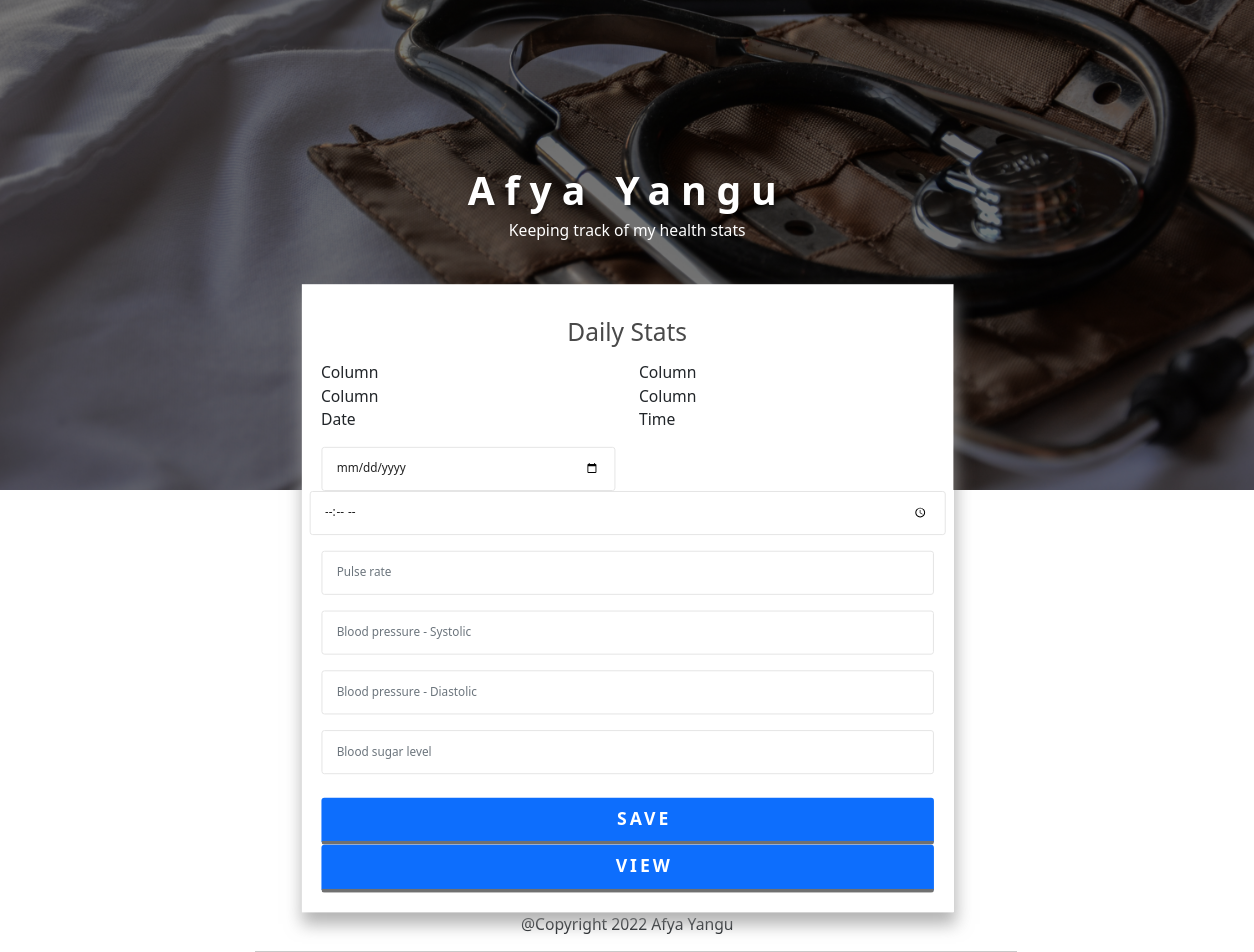
Repository: nashthecoder/afya_yangu
Page: /
These files come from the project's save history. The page is drawn as it stood at one moment and after the next save; the edit follows.
The browser window is 1280 px wide. The pictures show the whole page, at 98% of full size.
The project was rebuilt for these pictures with package versions that can differ from the ones it lists, and the page was loaded fresh each time.

Above is the page before, as saved 2022-02-27 15:57:29.

### src/App.js
import React from 'react'
import Banner from './components/Banner'
import Form from './components/Form'
import Footer from './components/Footer'
function App() {
  return (
    <div className="App">
      <Banner />
      <Form />
      <Footer />
    </div>
  );
}

export default App;

### src/style.scss
@import '../node_modules/bootstrap/scss/bootstrap.scss';
/*********************************************/
/*             GENERAL CSS              */
/*********************************************/

body {
    width: 100%;
    position: relative;
}

p.main-form-text {
    font-size: 25px !important;
    font-weight: 500;
    color: #494949;
}

h3 {
    font-size: 40px;
    letter-spacing: 10px;
    font-weight: bold;
}

h4 {
    font-size: 16px;
}

img {
    width: 100%;
    height: 100%;
}

form {
    position: relative;
}

/*********************************************/
/*              UTILITY CSS             */
/*********************************************/

input,
input.form-control {
    color: #222;
    font-size: 12px;
    background: $white;
    padding: 0 15px;
    width: 100%;
    height: 45px;
    line-height: 46px;
    outline: none;
    border: 1px solid #e5e5e5;
    border-radius: 3px;
    box-shadow: none;
    transition: all 0.3s;
}

.btn-primary {
    font-weight: 600;
    font-size: 18px;
    cursor: pointer;
    display: inline-block;
    text-transform: uppercase;
    border: none;
    color: $white;
    border-radius: 3px;
    transition: all 0.3s;
    border-bottom: 4px solid #707070;
    letter-spacing: 3px;
}

.btn-primary:hover,
.btn-primary:focus {
    border-bottom: 4px solid #707070;
    background-color: #2b2b2b;
}

.banner {
    background-image: url("./images/bg.jpg");
    min-height: 500px;
    padding: 40px 0px;
    position: relative;
    background-position: center center;
    background-size: cover;
    background-repeat: no-repeat;
}

.banner::before {
    content: "";
    width: 100%;
    height: 100%;
    opacity: 0.5;
    background-color: #000;
    position: absolute;
    top: 0;
}

.brand {
    text-shadow: 2px 4px 3px rgba(0, 0, 0, 0.3);
}

.caption-text {
    margin-top: 130px;
    color: $white;
    position: relative;
}

/*********************************************/
/*              BANNER CSS              */
/*********************************************/

.banner {
    background-image: url("./images/bg.jpg");
    min-height: 500px;
    padding: 40px 0px;
    position: relative;
    background-position: center center;
    background-size: cover;
    background-repeat: no-repeat;
}

.banner::before {
    content: "";
    width: 100%;
    height: 100%;
    opacity: 0.5;
    background-color: #000;
    position: absolute;
    top: 0;
}

.brand {
    text-shadow: 2px 4px 3px rgba(0, 0, 0, 0.3);
}

.caption-text {
    margin-top: 130px;
    color: $white;
    position: relative;
}

/*********************************************/
/*              FORM CSS                "/
/*********************************************/

.form-box #box-title {
    position: relative;
    padding: 10px;
    text-align: center;
}

.form-box #box-title p {
    margin-bottom: 0;
    font-size: 14px;
}

.fill-form {
    position: relative;
    margin: -210px auto 0px auto;
    box-shadow: 1px 12px 16px 1px rgba(153, 153, 153, 0.75);
    -webkit-box-shadow: 1px 12px 16px 1px rgba(153, 153, 153, 0.75);
    -moz-box-shadow: 1px 12px 16px 1px rgba(153, 153, 153, 0.75);
}

.fill-form .form-box__img {
    background-color: transparent;
}

.fill-form .form-box__content {
    padding: 20px;
    background-color: $white;
}

/*********************************************/
/*               FOOTER CSS                  "/
/*********************************************/

footer p {
    margin: 55px 0px 60px 0px;
    font-size: 17px;
    font-weight: 600;
    color: transparent;
    -webkit-background-clip: text;
    -moz-background-clip: text;
    background-clip: text;
}

### src/components/Banner.js
import React from 'react'

const Banner = () => {
    return (
        <>
        <header>
            <div className="banner">
                <div className="container">
                    <div className="row">
                        <div className="col-lg-9 offset-lg-3 mx-auto">
                            <div className="caption-text text-center">
                                <h3 className="brand">Afya Yangu</h3>
                                <h4> Keeping track of my health stats</h4>
                            </div>
                        </div>
                    </div>
                </div>
            </div>
        </header>
        </>
    )
}

export default Banner

### src/components/Form.js
import React from 'react'

const Form = () => {
    return (
        <>
        <section>
            <div className="container">
                <div className="row">
                <div className="col-lg-7 offset-lg-2 g-0 mx-auto">
                    <div className="fill-form form-box">
                            <div className="form-box__content">
                            <div id="box-title">
                                <p className="main-form-text">Daily Stats</p>
                            </div>
                            <form>
                            <div class="container">
                                <div class="row row-cols-2">
                                    <div class="col">Column</div>
                                    <div class="col">Column</div>
                                    <div class="col">Column</div>
                                    <div class="col">Column</div>
                                </div>
                            </div>
                                <div class="row">
                                    <div class="col">
                                        <p>Date</p>
                                        <input
                                            class="form-control"
                                            id="date"
                                            name="date"
                                            placeholder="Date"
                                            type="date"
                                        />
                                    </div>
                                    <div class="col">
                                        <p>Time</p>
                                    </div>
                                    <input
                                        class="form-control"
                                        id="time"
                                        name="time"
                                        placeholder="Time"
                                        type="time"
                                    />
                                </div>
                                <div className="mt-3">
                                <input
                                    className="form-control"
                                    id="pulse-rate"
                                    name="pulse-rate"
                                placeholder="Pulse rate"
                                    type="number"
                                />
                                </div>
                                <div className="mt-3">
                                    <input
                                        class="form-control"
                                    id="systolic-number"
                                        name="systolic-number"
                                        placeholder="Blood pressure - Systolic"
                                        type="number"
                                    />
                                </div>
                                <div className="mt-3">
                                    <input
                                        className="form-control"
                                        id="diastolic-number"
                                        name="diastolic-number"
                                    placeholder="Blood pressure - Diastolic"
                                        type="number"
                                    />
                                </div>
                                <div className="mt-3">
                                    <input
                                        class="form-control"
                                    id="bloodSugar-level"
                                        name="bloodSugar-level"
                                        placeholder="Blood sugar level"
                                        type="number"
                                    />
                                </div>
                                <div className="d-grid mt-4">
                                <button class="btn btn-primary btn-lg" type="submit" value="Send Now">
                                    <svg
                                    xmlns="http://www.w3.org/2000/svg"
                                    width="27"
                                    height="27"
                                    fill="currentColor"
                                    class="bi bi-mailbox2"
                                    viewBox="0 0 16 16"
                                    >
                                    </svg>{" "}
                                    Save
                                </button>
                                <button class="btn btn-primary btn-lg" type="submit" value="Send Now">
                                    <svg
                                    xmlns="http://www.w3.org/2000/svg"
                                    width="27"
                                    height="27"
                                    fill="currentColor"
                                    class="bi bi-mailbox2"
                                    viewBox="0 0 16 16"
                                    >
                                    </svg>{" "}
                                    View
                                </button>

                                </div>
                            </form>
                            </div>
                        </div>
                    </div>
                </div>
                </div>
        </section>
        </>
    )
}

export default Form

### src/components/Footer.js
import React from 'react'

const Footer = () => {
    return (
        <>
        <div>
            <p className="footer text-center">@Copyright 2022 Afya Yangu</p>
        </div>
        </>
    )
}

export default Footer

Loaded but not shown: public/index.html (common file); src/index.js (common file); src/reportWebVitals.js (common file)

After the next save:
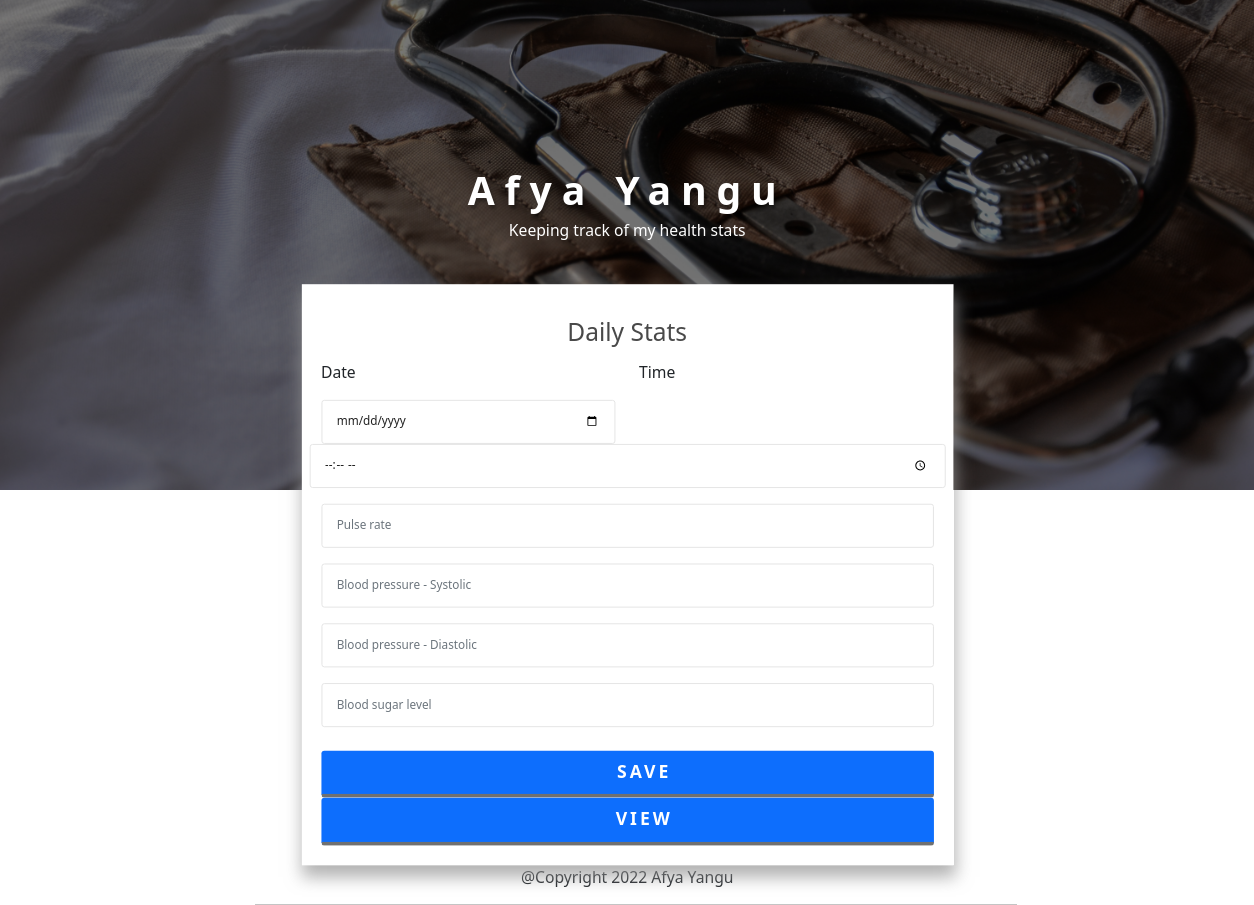
Saved 15 s later.
--- a/src/components/Form.js
+++ b/src/components/Form.js
@@ -13,14 +13,6 @@ const Form = () => {
                                 <p className="main-form-text">Daily Stats</p>
                             </div>
                             <form>
-                            <div class="container">
-                                <div class="row row-cols-2">
-                                    <div class="col">Column</div>
-                                    <div class="col">Column</div>
-                                    <div class="col">Column</div>
-                                    <div class="col">Column</div>
-                                </div>
-                            </div>
                                 <div class="row">
                                     <div class="col">
                                         <p>Date</p>
